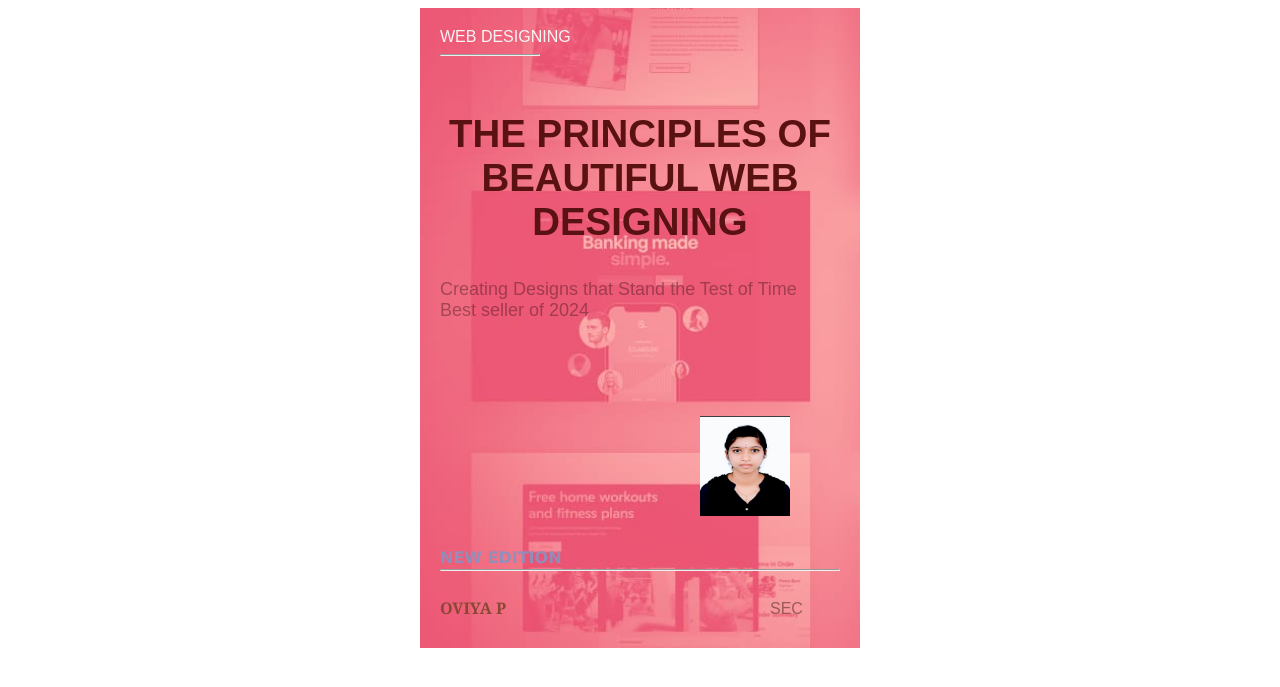
Repository: Oviya24032K6/cover
Page: oviya/coverapp/static/book.html
These files come from the project's save history. The page is drawn as it stood at one moment and after the next save; the edit follows.
The browser window is 1280 px wide. The pictures show the whole page.

Above is the page before, as saved 2024-04-09 13:55:13.

After the next save:
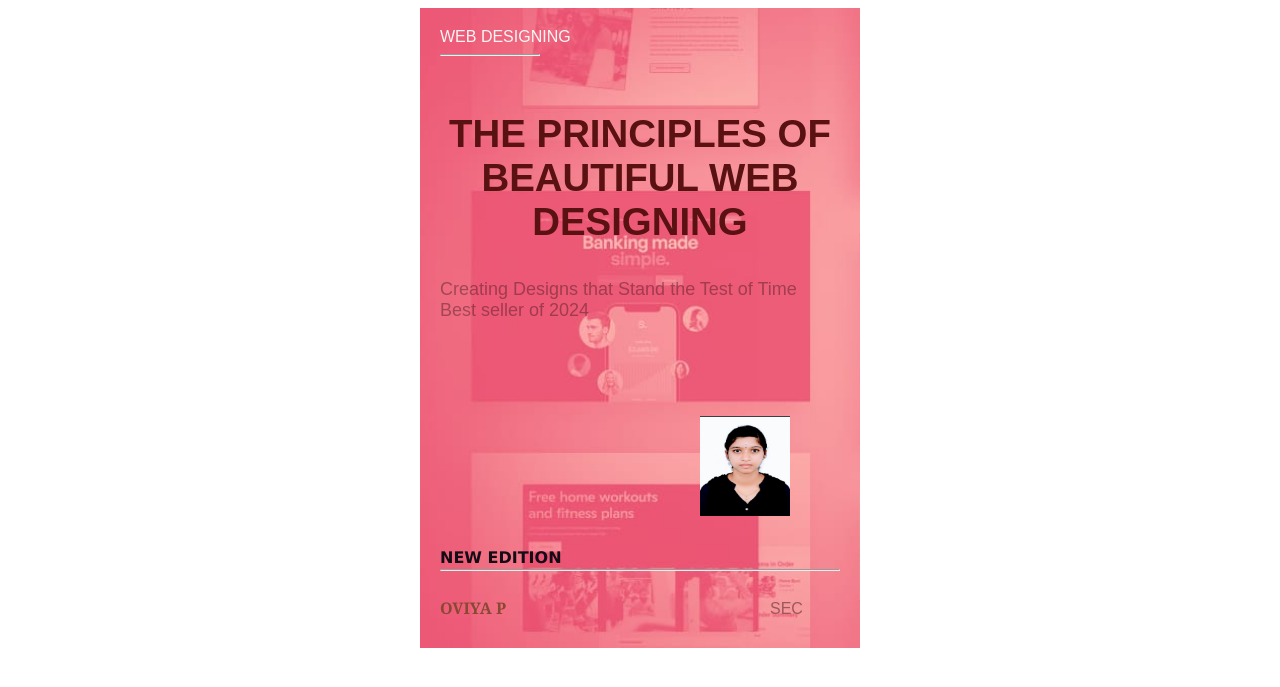
Saved 21 s later.
--- a/oviya/coverapp/static/book.html
+++ b/oviya/coverapp/static/book.html
@@ -59,7 +59,7 @@
         }
 
         .end {
-            color: rgba(141, 143, 190, 0.94);
+            color: rgba(5, 6, 15, 0.94);
             font-size: medium;
             font-family: Verdana;
             position: relative;
